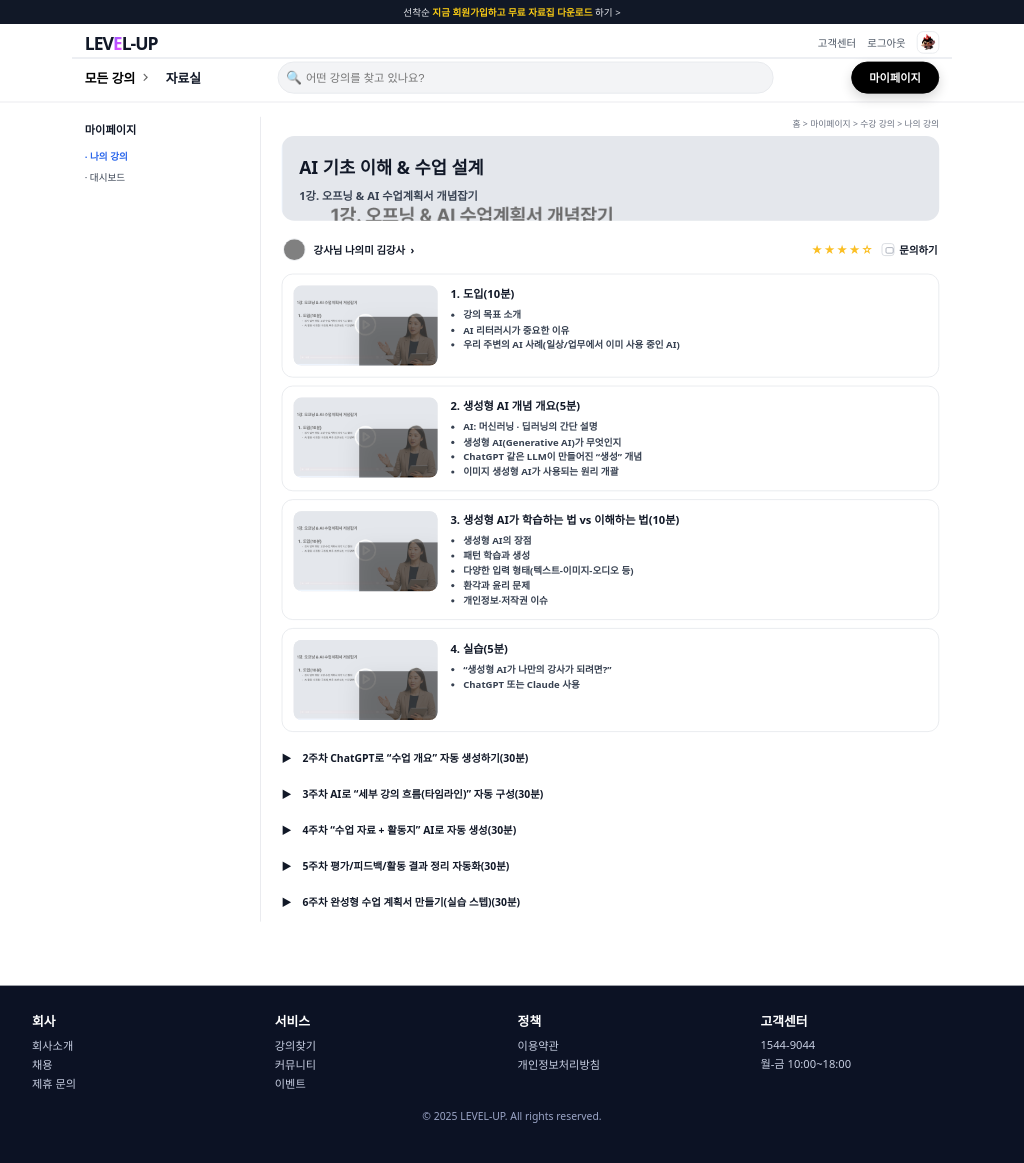
Repository: Iimchaehoon/level_up
Page: my_lecture.html
An editor plug-in stored every save of this project. The page is shown before and after the next save, followed by the edit.
The browser window is 1280 px wide. The pictures show the whole page, at 80% of full size.

Above is the page before, as saved 2025-12-14 01:25:42.

After the next save:
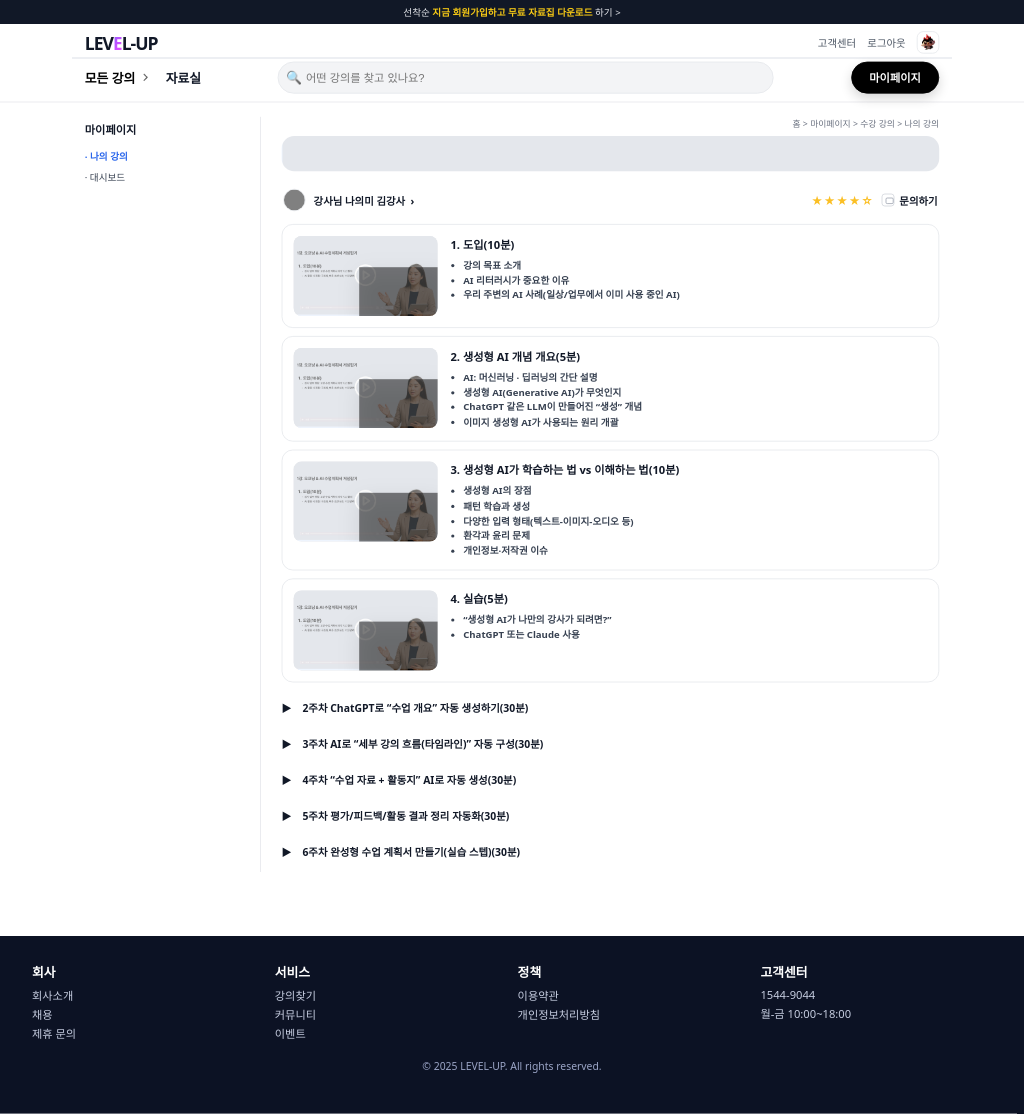
Saved 30 s later.
--- a/my_lecture.html
+++ b/my_lecture.html
@@ -458,10 +458,6 @@
 
       <!-- 상단 카드 -->
       <div class="hero-card">
-        <div>
-          <h1 class="hero-title">AI 기초 이해 &amp; 수업 설계</h1>
-          <p class="hero-sub">1강. 오프닝 &amp; AI 수업계획서 개념잡기</p>
-        </div>
 
       </div>
 
